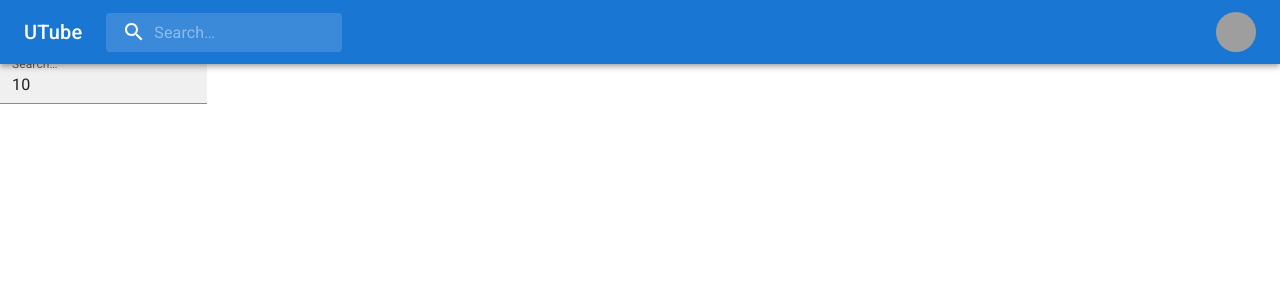
Repository: GokulDev4U/SocialBoatAssignment
Page: /
An editor plug-in stored every save of this project. The page is shown before and after a run of saves, followed by the edit.
The browser window is 1280 px wide. The pictures show the whole page.
Pictures or frames that could not be fetched are drawn as grey boxes. The page's requests for data from a server got no answer. The project was rebuilt for these pictures with package versions that can differ from the ones it lists, and the page was loaded fresh each time. No one was signed in, and anything a server would have sent is missing. Also part of the build but not shown: src/components/VideoCard.jsx.

Above is the page before, as saved 2022-05-15 16:59:40.

After the next 3 saves:
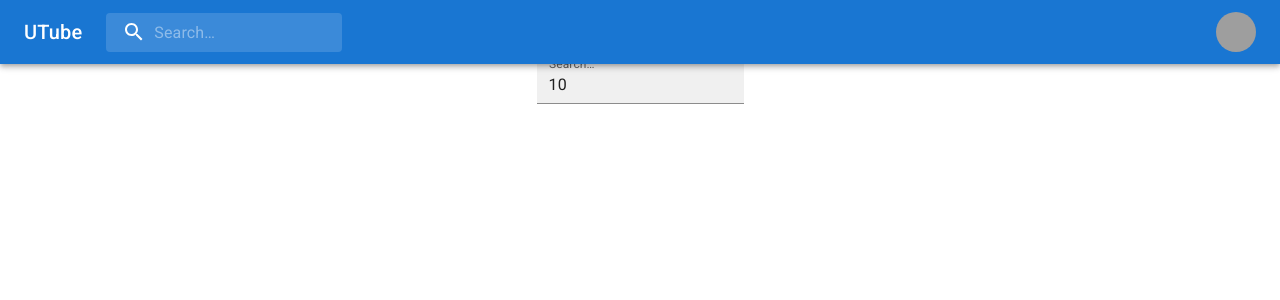
The 3 saves are shown as one change because 1 did not build or start and some came seconds apart.
The last was saved 101 s later.
--- a/src/components/Header.jsx
+++ b/src/components/Header.jsx
@@ -75,9 +75,6 @@ export default function Header() {
     const update = (e) => {
         setSearch(e.target.value);
     };
-    const buttonClick = (e) => {
-        e.preventDefault();
-    };
 
     const { data } = useFetch(`https://asia-south1-socialboat-dev.cloudfunctions.net/assignmentVideos?&numResults=${results}&q=${search}`);
 
@@ -134,10 +131,10 @@ export default function Header() {
                 </Toolbar>
             </AppBar>
             <VideoList fetchVideo={data} />
-            <Box>
+            <Box sx={{ display: 'flex', justifyContent: "center" }}>
                 <TextField id="filled-basic" label="Search…"
                     onChange={(e) => setResults(e.target.value)} value={results} variant="filled" />
-                <Button onClick={buttonClick}></Button>
+
             </Box>
         </Box>
     );
